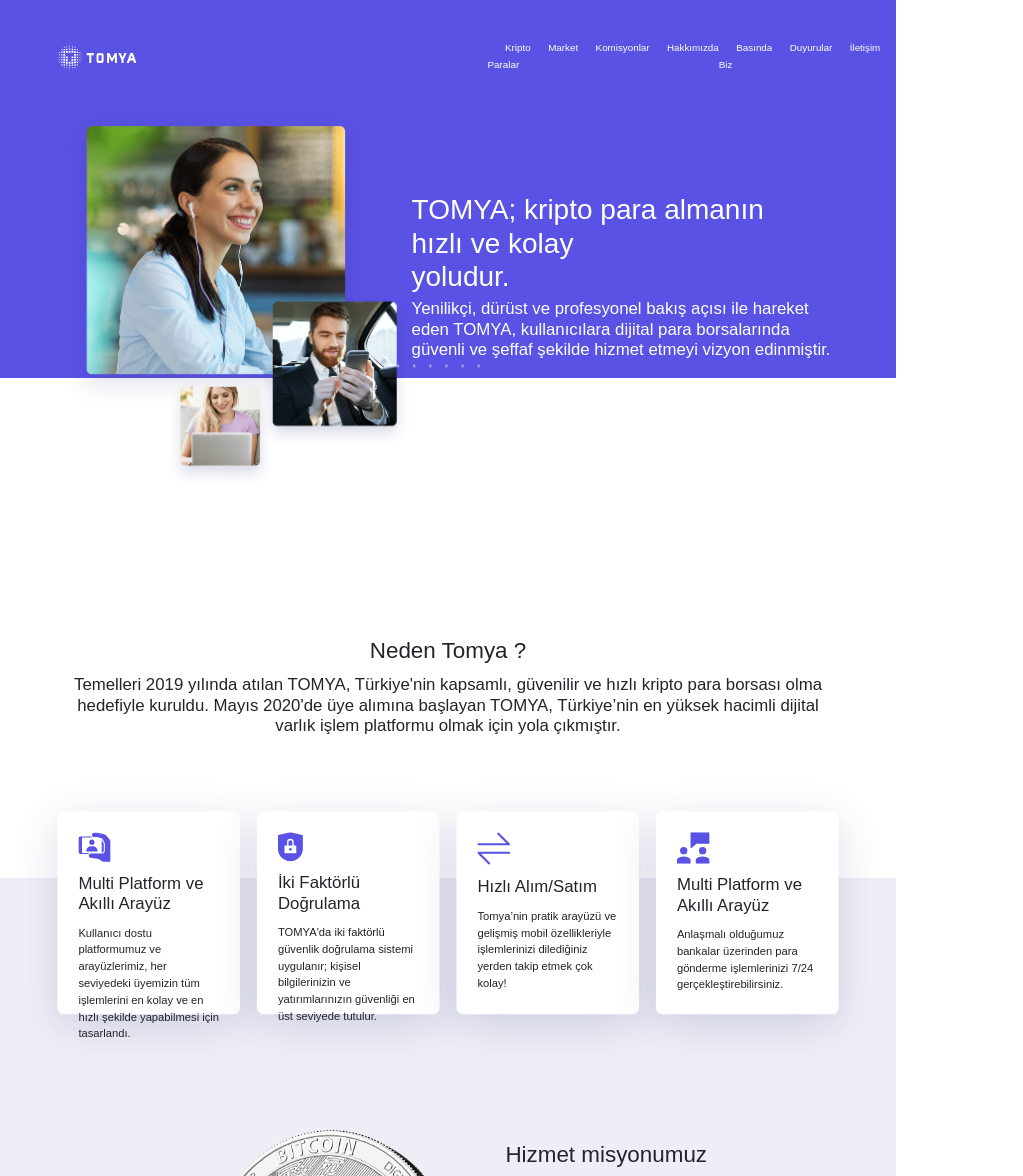
Repository: ezgibayrakli/TomyaProje
Page: index copy.html
An editor plug-in stored every save of this project. The page is shown before and after the next save, followed by the edit.
The browser window is 1280 px wide. The page is 1461 px wide, then 1280 px, so the pictures cover 1461 px, including what lies to the right of the window. The pictures show the part of the page from y = 0 to 1680 px (the page is 5181 px tall), at 70% of full size.
Some web fonts or font styles are not loaded; a fallback is used.

Above is the page before, as saved 2023-07-06 13:37:45.

After the next save:
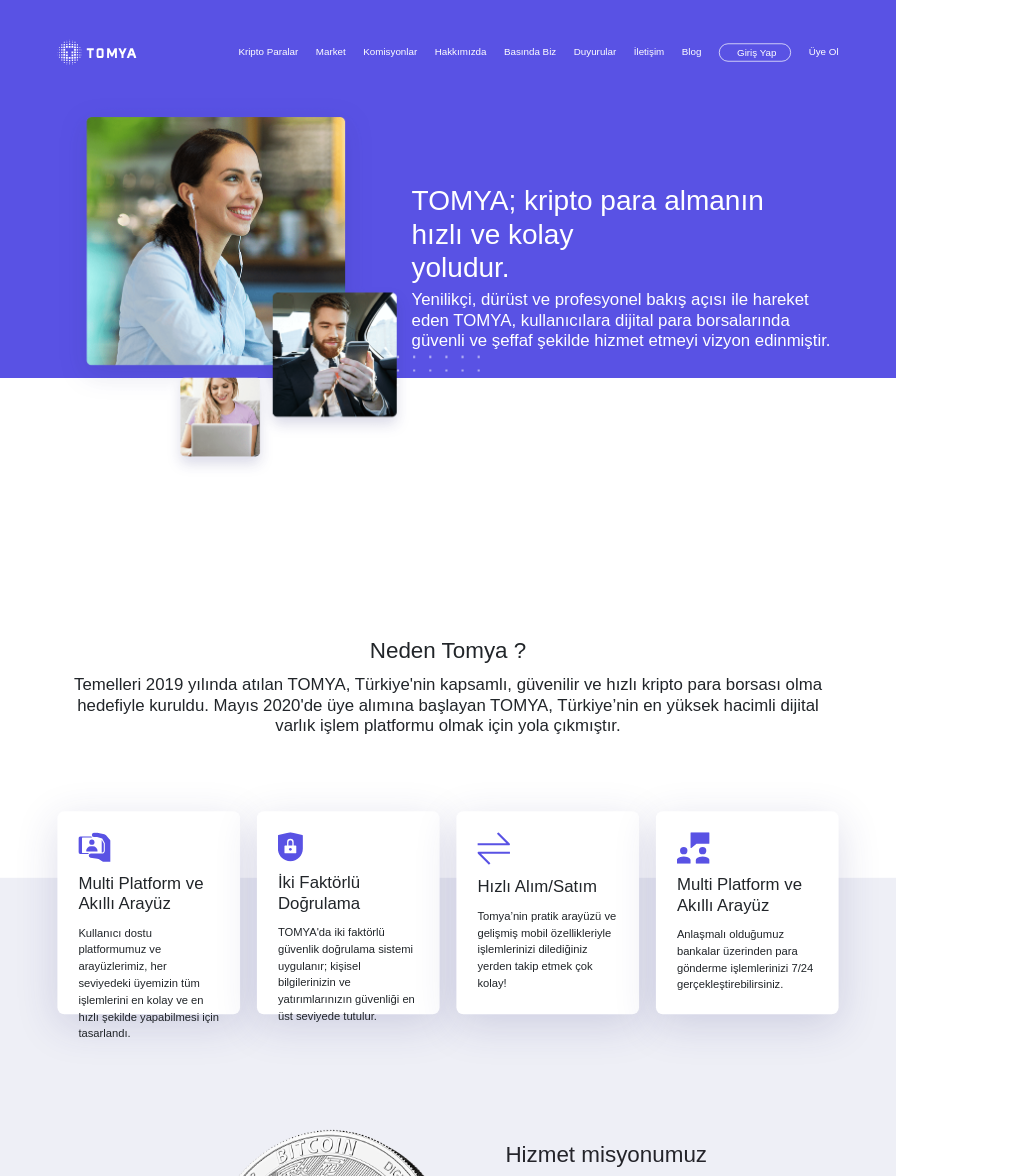
Saved 5 s later.
--- a/style.css
+++ b/style.css
@@ -58,7 +58,7 @@
     }
     .main-menu-header{
         display: flex;
-        margin-left: 50%;
+        margin-left:auto;
     }
     .main-menu-header li > a {
         color: white;
